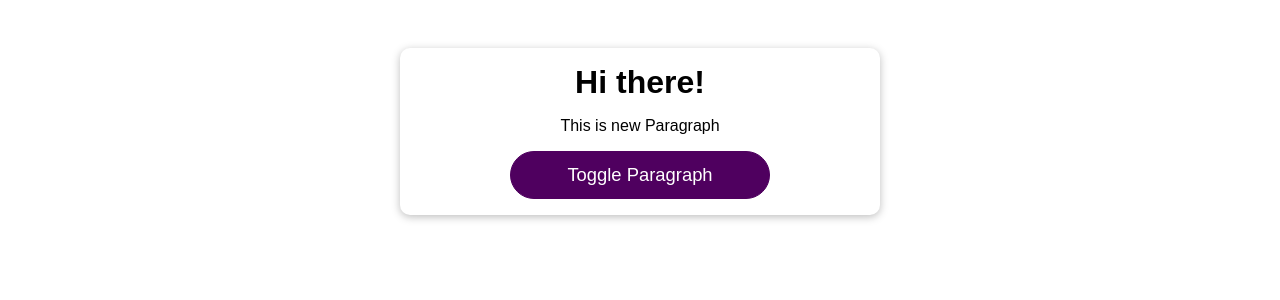
Repository: prathmeshgodbole/React-Optimization
Page: /, after clicking the first element matching `button.Button_30c5c_button`
The author's editor kept a copy of each file at every save. The page is drawn from the files as they stood at one save, then again after the next save.
The browser window is 1280 px wide. The pictures show the whole page.
The project was rebuilt for these pictures with package versions that can differ from the ones it lists, and the page was loaded fresh each time.

Above is the page before, as saved 2021-07-14 12:53:01.

After the next save:
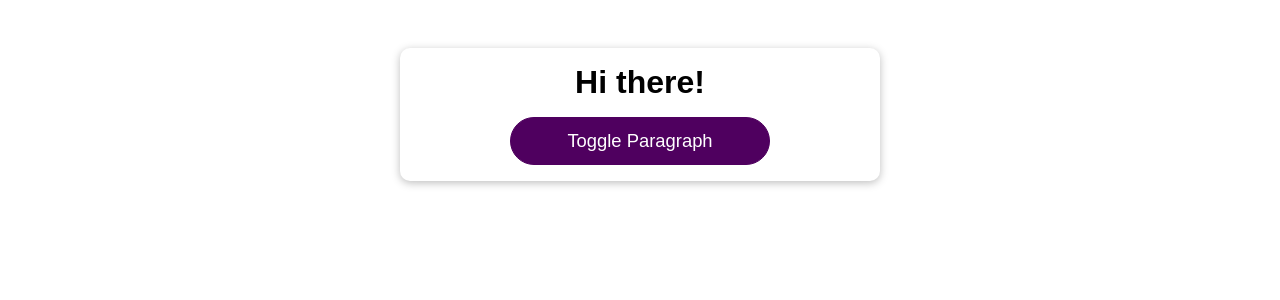
Saved 14 s later.
--- a/src/App.js
+++ b/src/App.js
@@ -12,7 +12,7 @@ function App() {
   return (
     <div className="app">
       <h1> Hi there! </h1>
-      {showParagraph && <p>This is new Paragraph</p>}
+      {showParagraph && <p></p>}
       <Button onClick={toggleParagraphHandler}>Toggle Paragraph</Button>
     </div>
   );
